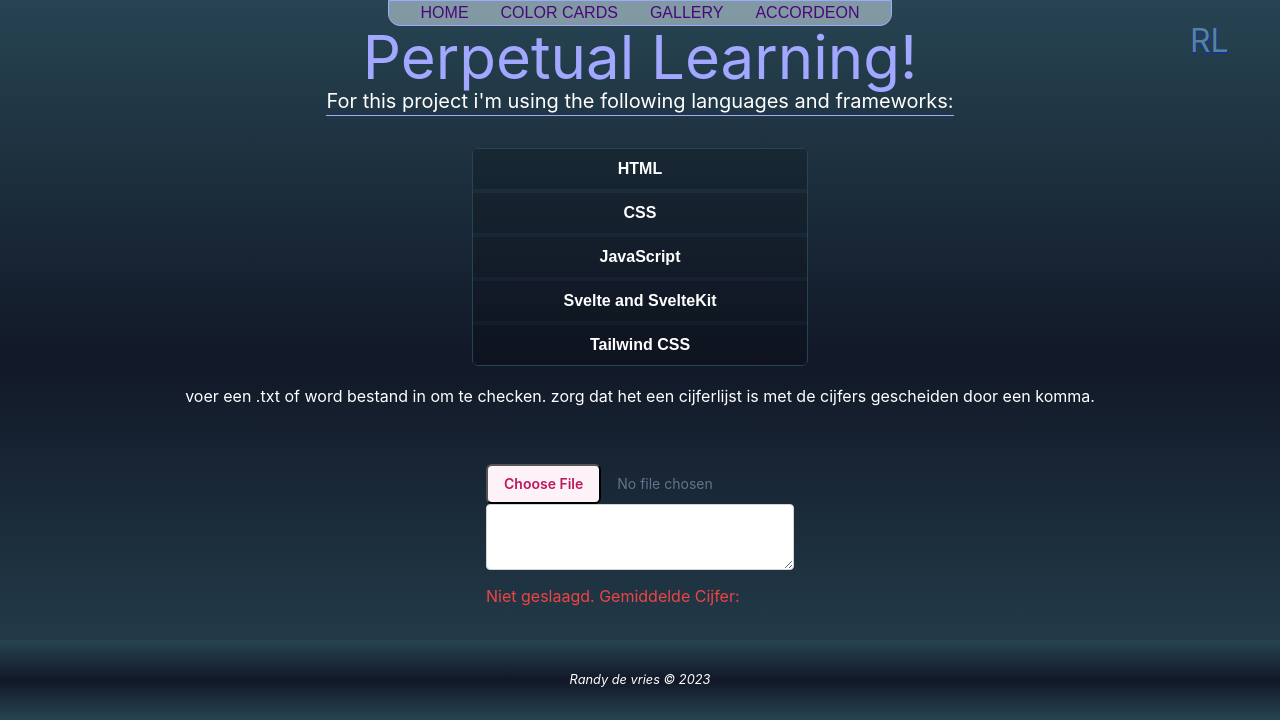
Repository: Freezler/svelte-app
Page: /links
These files come from the project's save history. The page is drawn as it stood at one moment and after a run of saves; the edit follows.
The browser window is 1280 px wide. The pictures show the whole page.
The project was rebuilt for these pictures with package versions that can differ from the ones it lists, and the page was loaded fresh each time. The framework's server and built-in components were replaced by stand-ins that run in the browser. Also part of the build but not shown: svelte.config.js, vite.config.js.

Above is the page before, as saved 2023-11-12 11:41:18.

### src/app.html
<!DOCTYPE html>
<html lang="en">
	<head>
		<meta charset="utf-8" />
		<link rel="icon" href="%sveltekit.assets%/favicon.png" />
		<meta name="viewport" content="width=device-width" />
		%sveltekit.head%
		<title>SvelteKitProject</title>
	</head>
	<body data-sveltekit-preload-data="hover">
		<div style="display: contents">%sveltekit.body%</div>
	</body>
</html>

### src/routes/+layout.svelte
<script>
  import '../app.css';
  import Navbar from '../components/Navbar.svelte';
  import Footer from '../components/Footer.svelte';
</script>

<html lang="en" class="select-none scroll-smooth">
  <head>
    <!-- Add any necessary head content here -->
  </head>
  <body class=" flex flex-col h-full overflow-scroll">
    <Navbar />
    <main>
      <slot />
    </main>
    <Footer />
  </body>
</html>

### src/routes/links/+page.svelte
<script>
	import { onDestroy, onMount } from 'svelte';
	onMount(() => console.log('Mounted Links page'));
	onDestroy(() => console.log('Unmounted Links page'));
	import CijferlijstInput from '../../components/CijferlijstInput.svelte';
	import Accordion from '../../components/Accordion.svelte';

</script>

<main
	class=" z-100 flex h-screen scroll-smooth justify-center items-center w-screen flex-col bg-gradient-to-b from-astral-900 via-gray-900 to-astral-900 overflow-scroll pb-24"
>
<div class="flex flex-col w-[100%] items-center justify-center font-sans h-screen ">
	<h1 class="animate-slow-slide-down text-3xl sm:text-5xl md:text-6xl xl:8xl text-purpleone-300  ">Perpetual Learning!</h1>
	<p class="animate-slow-slide-up text-xs sm:text-[16px] md:text-xl xl:2xl text-white border-b-[1px]  border-purpleone-300 text-purpleone600">For this project i'm using the following languages and frameworks:</p>
	<Accordion />
</div>
<div class="flex flex-col w-[100%] items-center justify-center"></div>
		<CijferlijstInput />
</main>

### src/app.css
@import 'tailwindcss/base';
@import 'tailwindcss/components';
@import 'tailwindcss/utilities';

/* Your custom CSS goes here */
body {
	scroll-behavior: smooth;
}

body * {
	-moz-scrollbar-width: none;
	scrollbar-width: none;
	-ms-overflow-style: none;
}

### src/components/Navbar.svelte
<script>
	let showNav = false;

	const toggleNav = () => {
		showNav = !showNav;
		const body = document.body;

		if (showNav) {
			body.classList.add('overflow-hidden');
		} else {
			body.classList.remove('overflow-hidden');
		}
	};
</script>

<nav
	class=" fixed bottom-0 z-40 flex h-20 w-[100%] select-none items-center justify-between text-center antialiased focus:select-none md:right-0 md:top-0 md:justify-center"
>
	<a href="/" class="ml-3 flex h-16 select-none items-center focus:select-none "
		><svg
			class="flex h-20 animate-pulse md:right-0 md:absolute"
			version="1.1"
			xmlns="http://www.w3.org/2000/svg"
			width="100"
			height="100"
			viewBox="0 0 100 100"
		>
			<!-- Outline -->
			<text
				class="select-none focus:select-none shadow-xl animate-slow-slide-down "
				x="0"
				y="66"
				font-size="40"
				fill="red3"
				stroke="#12ff"
				stroke-width="2"
				stroke-linejoin="round">RL</text
			>
			<!-- Text -->
			<text class="animate-slow-slide-in" x="0" y="65" font-size="40" fill="#87ccd9">RL</text>
		</svg></a
	>

	<!-- Hamburger voorS  mobile/kleine schermen -->
	<button
		class=" mr-8 select-none text-white focus:select-none active:select-none md:hidden"
		on:click={toggleNav}
	>
		<div class="relative flex h-6 w-6 items-center">
			<span
				class={' absolute block h-[2px] w-5 origin-center bg-blueone-50 transition-transform'}
				class:rotate-45={showNav}
				class:top-2={!showNav}
			></span>
			<span
				class={'z-2000 absolute block h-[2px] w-5 origin-center bg-white blur-none transition-transform'}
				class:-rotate-45={showNav}
				class:bottom-2={!showNav}
			></span>
			<span
				class={'z-2000 absolute block h-[2px] w-5 origin-center bg-white blur-none transition-transform'}
				class:-rotate-45={showNav}
				class:bottom-2={!showNav}
			></span>
		</div>
	</button>

	<div
		class={`absolute top-0 z-50	hidden  -[80px] select-none rounded-b-xl text-purplethree-950  font-display uppercase  items-center justify-center gap-8 px-8 border-[1px] border-purpleone-300   bg-astral-100 bg-opacity-50  bg-cover bg-center    md:flex ${
			showNav ? 'hidden' : 'block'
		}`}
	>
	    <a href="/" class="hover:text-cyan-200 hover:bg-slate-500 ">Home</a>
		<a href="/blogs" class="hover:text-cyan-200 hover:bg-slate-500  ">Color Cards</a>
		<a href="/about" class="hover:text-cyan-200 hover:bg-slate-500">Gallery</a>
		<a href="/links" class="hover:text-cyan-200 hover:bg-slate-500">Accordeon</a>
	</div>
</nav>

<!-- Conditional Mobile Menu Overlay -->
{#if showNav}
	<div
		class=" fixed inset-0 z-50 flex animate-slow-fade-in select-none items-center justify-center bg-gray-800 bg-opacity-40 backdrop-blur-[2px]"
		on:click={toggleNav}
		on:keypress={toggleNav}
		role="button"
		tabindex="0"
	>
		<div
			class="absulute flex select-none flex-col items-center text-2xl text-gray-200 opacity-100 transition-opacity duration-100 ease-in-out"
		>
			<a href="/" tabindex="0" class="text-cyan-200"
				><svg xmlns="http://www.w3.org/2000/svg" width="80" height="80" viewBox="0 0 80 80">
					<!-- Outline -->
					<text
						x="16"
						y="50"
						font-family="Inter"
						font-size="40"
						fill="cyan"
						stroke="#dfe2ff"
						stroke-width="6"
						stroke-linejoin="round">RL</text
					>
					<!-- Text -->
					<text x="16" y="50" font-family="Inter" font-size="40" fill="indigo">RL</text>
				</svg>
				<hr class="mb-6 w-full border-bluetwo-400" /></a
			>
			<a href="/projects" tabindex="0" class="text-[#b910377e]">under construction..</a>
			<a href="/blogs" tabindex="0" class="text-[#dfe2ff]">Color Cards</a>
			<a href="/about" tabindex="0" class="text-[#dfe2ff]">Gallery</a>
			<a href="/links" tabindex="0" class="text-[#dfe2ff]">Accordeon</a>
		</div>
	</div>
{/if}

### src/components/Footer.svelte
<script>
</script>

<div class="bg-opacity-70 bg-gradient-to-b from-astral-900 via-gray-900 to-astral-900 bg-cover bg-center bg-no-repeat bg-blone-300  fixed w-screen bottom-0 h-20 flex items-center p-0 m-0">
  <div class="flex w-full items-center justify-around">
	<!-- GitHub icon -->
	<small class="text-white italic">Randy de vries &copy; {new Date().getFullYear()}</small>
  </div>
</div>

### src/components/CijferlijstInput.svelte
<!-- FileInput.svelte -->
<script>
  import { onMount } from 'svelte';

  export let fileContent = '';
  export let isSuccess = false;
  let gemiddeldeCijfer = '';

  function handleFileInput(event) {
	const file = event.target.files[0];

	if (file) {
	  const reader = new FileReader();

	  reader.onload = function (e) {
		const content = e.target.result;
		if (content.trim() !== '') {
		  fileContent = content;
		  isSuccess = true;
		  gemiddeldeCijfer = calculateGemiddeldeCijfer(fileContent);
		}
	  };

	  reader.readAsText(file);
	}
  }

  function calculateGemiddeldeCijfer(content) {
	const cijfers = content.split('\n').filter(line => line.trim() !== '').map(Number);
	const totaal = cijfers.reduce((acc, curr) => acc + curr, 0);
	return totaal / cijfers.length;
  }
</script>
<div class="text-center text-white -translate-y-10"><h3>voer een .txt of word bestand in om te checken.
	zorg dat het een cijferlijst is met de cijfers gescheiden door een komma.
</h3></div>
<div class="p-4 min-w-[340px]">
  <input
	type="file"
	accept=".txt, .doc, .docx"
	on:change={handleFileInput}
	class="block w-full text-sm text-slate-500 file:mr-4 file:py-2 file:px-4 file:rounded-md file:border-1 file:text-sm file:font-semibold file:bg-pink-50 file:text-pink-700 hover:file:bg-pink-100"
  />
  <textarea bind:value={fileContent} class="w-full h-[content] border border-gray-300 rounded p-2"></textarea>

  {#if isSuccess}
	<p class="text-green-500 mt-2 mx-auto">Van harte gefeliciteerd, je bent geslaagd! Gemiddelde Cijfer: {gemiddeldeCijfer}</p>
  {:else}
	<p class="text-red-500 mt-2 mx-auto">Niet geslaagd. Gemiddelde Cijfer: {gemiddeldeCijfer}</p>
  {/if}
</div>

### src/components/Accordion.svelte
<script>
	let panels = [
		{
			title: 'HTML',
			content:
				'HTML is the standard markup language for documents designed to be displayed in a web browser.'
		},
		{ title: 'CSS', content: 'CSS is used to define styles for your web pages' },
		{
			title: 'JavaScript',
			content: 'JavaScript is used to add interactivity to your web pages'
		},
		{
			title: 'Svelte and SvelteKit',
			content: 'Svelte and SvelteKit are both JavaScript frameworks'
		},
		{ title: 'Tailwind CSS', content: 'Tailwind CSS is a utility-first CSS framework' }
	];

	let expandedPanel = null;

	function togglePanel(panel) {
		if (expandedPanel === panel) {
			expandedPanel = null;
		} else {
			expandedPanel = panel;
		}
	}
</script>

<div class="bg-transparent animate-slow-slide-up z-60 wrapper max-w-[400px] mx-auto mt-[0] w-[80%] text-center rounded-sm p-8">
	<div class="flex flex-col space-y-1  rounded-md border-[1px] border-astral-900">
		{#each panels as panel}
			<!-- svelte-ignore a11y-no-static-element-interactions -->
			<div
				class="relative isolate animate-fast-fade-in overflow-hidden"
				on:click={() => togglePanel(panel)}
				on:keydown={() => togglePanel(panel)}
				aria-roledescription="accordion"
			>
				<div class="" aria-expanded={panel === expandedPanel}>
					<!-- svelte-ignore empty-block -->
					{#if panel === expandedPanel}{/if}
					<div
						class="relative isolate grid place-items-center bg-[rgba(0,0,0,0.2)] p-2 font-display font-bold text-white"
					>
						{panel.title}
					</div>
				</div>
				{#if expandedPanel === panel}
					<div
						class="max-w-[100%] z-20 animate-slow-fade-in bg-astral-900 bg-opacity-70 px-6 py-0"
					>
						<svg
							xmlns="http://www.w3.org/2000/svg"
							class="icon icon-tabler icon-tabler-chevron-up mx-auto animate-pulse"
							width="24"
							height="24"
							viewBox="0 0 24 24"
							stroke-width="1.5"
							stroke="white"
							fill="rgba(39, 68, 82, 100%)"
							stroke-linecap="round"
							stroke-linejoin="round"
						>
							<path stroke="none" d="M0 0h24v24H0z" fill="transparent" />
							<polyline points="6 15 12 9 18 15" />
						</svg>
						<p class="text-white pb-3">
							{panel.content}
						</p>
					</div>
				{/if}
			</div>
		{/each}
	</div>
</div>

### tailwind.config.js
/** @type {import('tailwindcss').Config} */
const plugin = require('tailwindcss/plugin');
export default {
	content: ['./src/**/*.{html,js,svelte,ts}'],
	theme: {
		extend: {

			animation: {
				btnPulse: ' btnPulse 1s infinite',
				'spin-slow': 'spin 3s linear infinite',
				'spin-fast': 'spin 1s linear infinite',
				'slow-fade-in': 'fade-in 0.7s ease-in-out',
				'fast-fade-in': 'fade-in 0.5s ease-in-out',
				'slow-fade-out': 'fade-out 0.5s ease-in-out',
				'fast-fade-out': 'fade-out 0.7s ease-in-out',
				'slow-slide-in': 'slide-in 0.6s ease-in-out',
				'fast-slide-in': 'slide-in 3s ease-in-out',
				'slow-slide-up': 'slide-up 0.6s cubic-bezier(0.215, 0.61, 0.355, 1)',
				'slow-slide-out': 'slide-out 0.6s ease-in-out',
				'fast-slide-out': 'slide-out 0.3s ease-in-out',
				'ani-translate-y': 'translate-y 5s ease-in-out',
				'fast-slide-up': 'slide-up 0.5s cubic-bezier(0.215, 0.61, 0.355, 1)',
				'slow-slide-down': 'slide-down 0.6s cubic-bezier(0.215, 0.61, 0.355, 1)',
				'burger-smooth': 'burger-smooth 2s ease-in-out',
			    'wave': 'wave .9s ease-in-out',
			},
			keyframes: {
				'fade-in': {
					'0%': { opacity: '0' },
					'100%': { opacity: '1' }
				},
				'fade-out': {
					'0%': { opacity: '1' },
					'100%': { opacity: '0' }
				},
				'slide-in': {
					'0%': { transform: 'translateX(-240px)' },
					'100%': { transform: 'translateX(0)' }
				},
				'slide-out': {
					'0%': { transform: 'translateX(0)' },
					'100%': { transform: 'translateX(-100%)' }
				},
				'translate-y': {
					'0%': { transform: 'translateY(0)' },
					'100%': { transform: 'translateY(-100%)' }
				},
				wave: {
					'0%': { transform: 'rotate(0deg)' },
					'25%': { transform: 'rotate(45deg)' },
					'50%': { transform: 'rotate(35deg)' },
					'100%': { transform: 'rotate-45deg)' }
				},
				'slide-up': {
					'0%': { transform: 'translateY(240px)' },
					'100%': { transform: 'translateY(0)' }
				},
				'slide-down': {
					'0%': { transform: 'translateY(-400px)' },
					'100%': { transform: 'translateY(0px)' }
				},
				'btnPulse': {
					'0%': { transform: 'scale(1))' },
					'50%': { transform: 'scale(0.9)' },
					'100%': { transform: 'scale(1)' }
				}
			},

			fontFamily: {
				sans: ['Inter', 'Arial', 'Helvetica', 'sans-serif'],
				serif: ['Georgia', 'serif'],
				mono: ['Menlo', 'Monaco', 'Courier New', 'monospace'],
				display: ['Oswald', 'sans-serif'],
				handwriting: ['Pacifico', 'cursive']
			},
			colors: {
				blueone: {
					50: '#e6f5ff',
					100: '#d2ecff',
					200: '#aedaff',
					300: '#7dbfff',
					400: '#4b94ff',
					500: '#2268ff',
					600: '#003bff',
					700: '#003fff',
					800: '#0035d7',
					900: '#0830a7',
					950: '#072383'
				},
				bluetwo: {
					50: '#f3f6fb',
					100: '#e4e9f5',
					200: '#d0daed',
					300: '#afc2e1',
					400: '#89a2d1',
					500: '#6c85c5',
					600: '#596db7',
					700: '#4e5da7',
					800: '#454e8a',
					900: '#3b436d',
					950: '#272b44'
				},
				bluethree: {
					50: '#f2f6fc',
					100: '#e3ebf6',
					200: '#cdddf0',
					300: '#aac6e6',
					400: '#81a8d9',
					500: '#638cce',
					600: '#4f73c1',
					700: '#4561b0',
					800: '#3d5190',
					900: '#2c395f',
					950: '#242c47'
				},
				astral: {
					50: '#f0fafb',
					100: '#d9f0f4',
					200: '#b8e2e9',
					300: '#87ccd9',
					400: '#4fadc1',
					500: '#328ea3',
					600: '#2d768d',
					700: '#2b6173',
					800: '#2a5160',
					900: '#274452',
					950: '#152c37'
				},
				greenone: {
					50: '#f5ffe5',
					100: '#e6ffc7',
					200: '#cdff96',
					300: '#9ffc41',
					400: '#8bf328',
					500: '#6cd909',
					600: '#50ae02',
					700: '#3e8407',
					800: '#34680c',
					900: '#2c580f',
					950: '#143102'
				},
				greentwo: {
					50: '#f1fcf5',
					100: '#dff9e9',
					200: '#c0f2d4',
					300: '#8fe6b2',
					400: '#56d289',
					500: '#30b768',
					600: '#26aa5d',
					700: '#1e7743',
					800: '#1d5e39',
					900: '#194e31',
					950: '#082b19'
				},
				greenthree: {
					50: '#f2f7f4',
					100: '#dfece3',
					200: '#c1d9ca',
					300: '#98bda8',
					400: '#6b9c82',
					500: '#518a6e',
					600: '#37644f',
					700: '#2c5040',
					800: '#254035',
					900: '#1f352b',
					950: '#101e18'
				},
				roseone: {
					50: '#fef1fa',
					100: '#fde6f7',
					200: '#feccf1',
					300: '#fea3e4',
					400: '#fc6ad0',
					500: '#f74bbf',
					600: '#e61c9a',
					700: '#c90d7d',
					800: '#a60e66',
					900: '#8a1158',
					950: '#550232'
				},
				purpleone: {
					50: '#edf0ff',
					100: '#dfe2ff',
					200: '#c5caff',
					300: '#a2a7ff',
					400: '#7f7cfd',
					500: '#6d5ef6',
					600: '#5e40eb',
					700: '#5d41d3',
					800: '#412ca7',
					900: '#382b84',
					950: '#22194d'
				},
				purpletwo: {
					50: '#fcf3ff',
					100: '#fae7ff',
					200: '#f3ceff',
					300: '#eea7ff',
					400: '#e473ff',
					500: '#d12ef6',
					600: '#bc1edb',
					700: '#9f15b6',
					800: '#841494',
					900: '#6f1679',
					950: '#490151'
				},
				purplethree: {
					50: '#faf5ff',
					100: '#f3e8ff',
					200: '#ead4ff',
					300: '#d9b3ff',
					400: '#c282fe',
					500: '#aa53f9',
					600: '#9530ed',
					700: '#801fd1',
					800: '#6d1faa',
					900: '#591a89',
					950: '#4b077e'
				},
				rosetwo: {
					50: '#fef1f8',
					100: '#fee5f3',
					200: '#ffcae8',
					300: '#ff9fd4',
					400: '#ff64b5',
					500: '#fe1f8a',
					600: '#ef1372',
					700: '#d00657',
					800: '#ac0848',
					900: '#8f0c3f',
					950: '#580021'
				},
				redone: {
					50: '#fff0f0',
					100: '#ffdede',
					200: '#ffc2c2',
					300: '#ff9898',
					400: '#ff5d5d',
					500: '#ff2b2b',
					600: '#f70808',
					700: '#d00505',
					800: '#ac0808',
					900: '#8e0e0e',
					950: '#4e0101'
				},
				redtwo: {
					50: '#fcf4f4',
					100: '#fae6e6',
					200: '#f7d1d1',
					300: '#f0b1b1',
					400: '#e58484',
					500: '#d75c5c',
					600: '#be3c3c',
					700: '#a33232',
					800: '#872d2d',
					900: '#712b2b',
					950: '#3d1212'
				},
				greyone: {
					50: '#f6f6f6',
					100: '#e7e7e7',
					200: '#d1d1d1',
					300: '#b0b0b0',
					400: '#888888',
					500: '#6d6d6d',
					600: '#5d5d5d',
					700: '#4f4f4f',
					800: '#454545',
					900: '#3d3d3d',
					950: '#050505'
				},
				greytwo: {
					50: '#f4f5fa',
					100: '#e7e9f2',
					200: '#d4d7e9',
					300: '#b6bcda',
					400: '#939bc7',
					500: '#797fb8',
					600: '#6769a9',
					700: '#5c5b9a',
					800: '#504e7f',
					900: '#444266',
					950: '#232232'
				}
			}
		},
		screens: {
			// default is oudere schermen erg klein!  -->
			xxxs: '360px', // modernere kleine schermen
			xxs: '480px', // Extra extra small screen size
			xs: '640px', // Extra small screen size
			sm: '768px', // Small screen size
			md: '1024px', // Medium screen size
			lg: '1280px', // Large screen size
			xl: '1440px', // Extra large screen size
			xxl: '1920px', // Extra extra large screen size
			xxxl: '3840px' // 4K screen size (3840px)
			// Je kunt meer schermformaten toevoegen indien nodig
		},

		fonts: {
			sans: ['Inter', 'Arial', 'Helvetica', 'sans-serif'],
			serif: ['Georgia', 'serif'],
			mono: ['Bebas Neue','Monaco', 'Courier New', 'monospace'],
			display: ['San-francisco', 'sans-serif'],
			handwriting: ['Pacifico', 'cursive']
		},
		textShadow: {
			sm: '0 1px 2px var(--tw-shadow-color)',
			DEFAULT: '0 2px 4px var(--tw-shadow-color)',
			lg: '0 8px 16px var(--tw-shadow-color)'
		}
	},
	plugins: [
		plugin(function ({ matchUtilities, theme }) {
			matchUtilities(
				{
					'text-shadow': (value) => ({
						textShadow: value
					})
				},
				{ values: theme('textShadow') }
			);
		})
	]
};

After the next 2 saves:
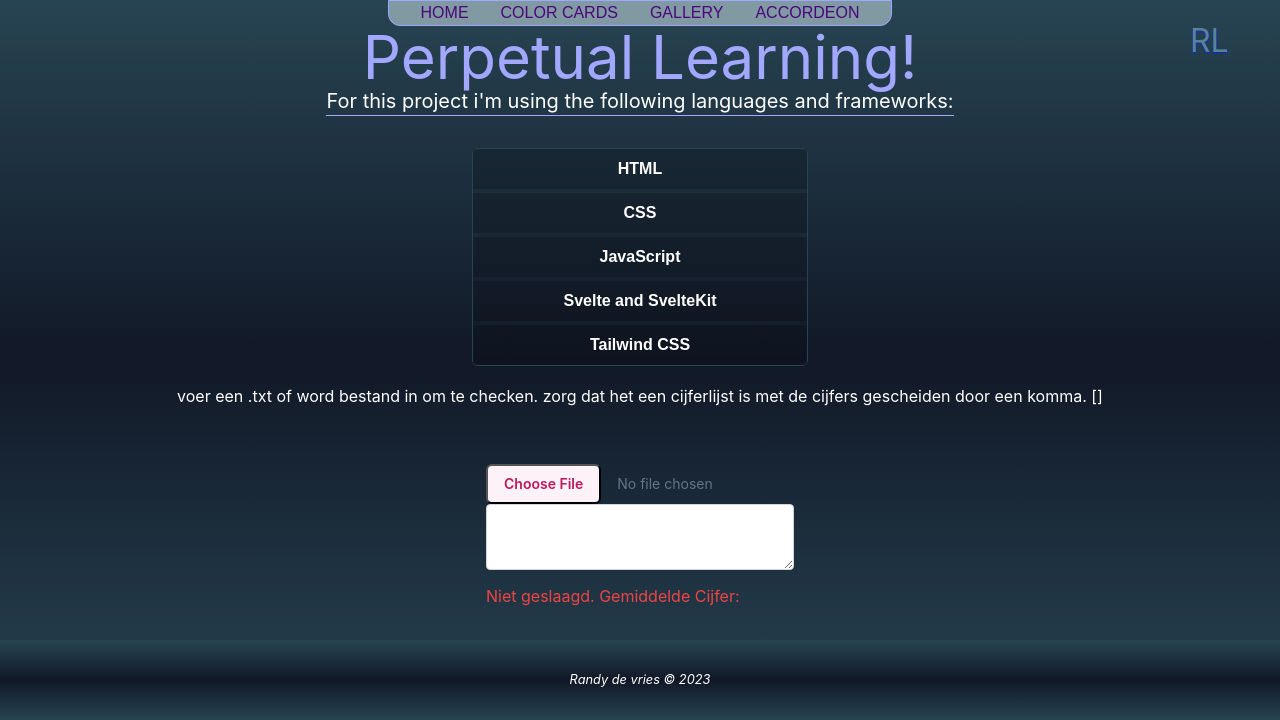
The 2 saves are shown as one change because they came seconds apart.
The last was saved 3 s later.
--- a/src/components/CijferlijstInput.svelte
+++ b/src/components/CijferlijstInput.svelte
@@ -32,7 +32,7 @@
   }
 </script>
 <div class="text-center text-white -translate-y-10"><h3>voer een .txt of word bestand in om te checken.
-	zorg dat het een cijferlijst is met de cijfers gescheiden door een komma.
+	zorg dat het een cijferlijst is met de cijfers gescheiden door een komma. []
 </h3></div>
 <div class="p-4 min-w-[340px]">
   <input
